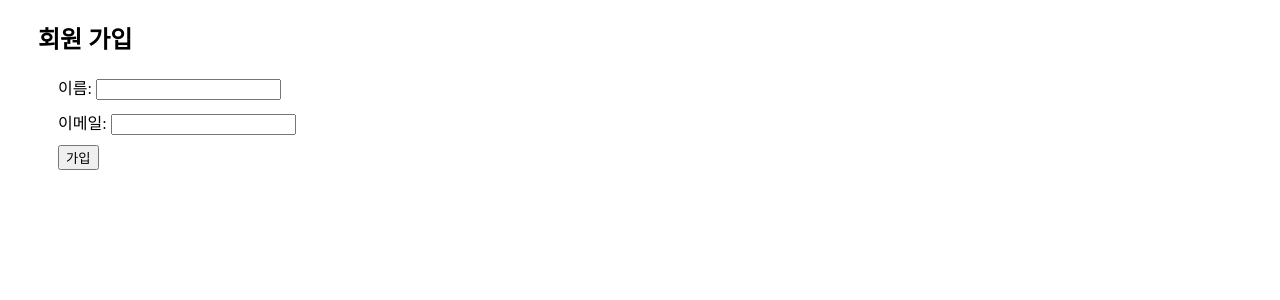
Repository: taiseidesu97/space_jspworks
Page: http://localhost/jweb0/servlet/register2.jsp
An editor plug-in stored every save of this project. The page is shown before and after the next save, followed by the edit.
The browser window is 1280 px wide. The pictures show the whole page.
The page is served by Tomcat 10. Other server files are loaded and not shown.

Above is the page before, as saved 2025-10-02 04:05:08.

### jweb0/src/main/webapp/servlet/register2.jsp
<%@ page language="java" contentType="text/html; charset=UTF-8"
    pageEncoding="UTF-8"%>
<!DOCTYPE html>
<html>
<head>
<meta charset="UTF-8">
<title>회원 가입 폼</title>
<style>
h2{margin-left:30px;}
ul li{
list-style:none; margin: 10px;}
</style>
</head>
<body>
<h2>회원 가입</h2>
	<form action="/jweb0/register" method="post">
	<ul>
	<li>
	<label for="uname">이름:</label>
	<input type="text" name ="uname" id="uname">
	</li>
	<li>
	<label for="email">이메일:</label>
	<input type="type" name="email" id="email">
	</li>
	<li>
	<input type = "submit" value = "가입">
	</li>
</ul>
</form>
</body>
</html>

After the next save:
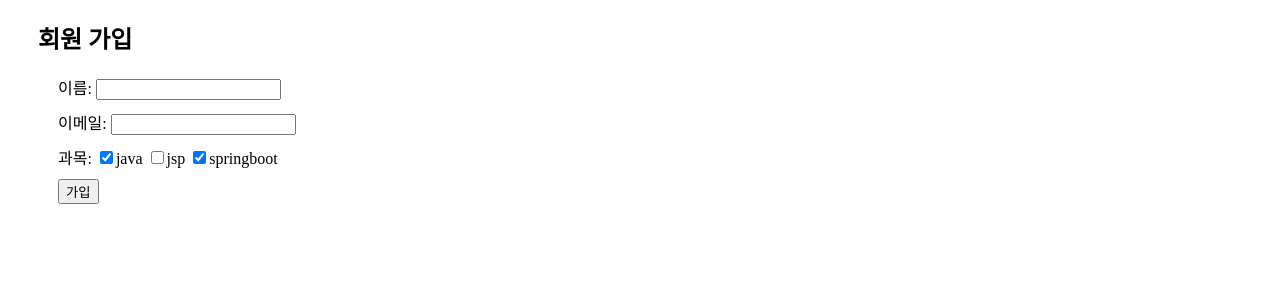
Saved 4 min 12 s later.
--- a/jweb0/src/main/webapp/servlet/register2.jsp
+++ b/jweb0/src/main/webapp/servlet/register2.jsp
@@ -13,7 +13,7 @@ list-style:none; margin: 10px;}
 </head>
 <body>
 <h2>회원 가입</h2>
-	<form action="/jweb0/register" method="post">
+	<form action="/jweb0/register2" method="post">
 	<ul>
 	<li>
 	<label for="uname">이름:</label>
@@ -24,6 +24,12 @@ list-style:none; margin: 10px;}
 	<input type="type" name="email" id="email">
 	</li>
 	<li>
+	<label for="subject">과목:</label>
+	<input type="checkbox" name="subject" value="java" checked>java
+	<input type="checkbox" name="subject" value="java" checke>jsp
+	<input type="checkbox" name="subject" value="java" checked>springboot
+	</li>
+	<li>
 	<input type = "submit" value = "가입">
 	</li>
 </ul>
